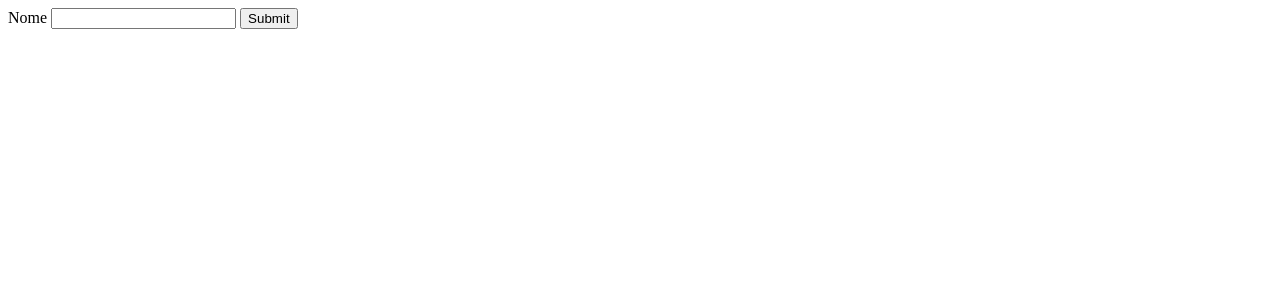
Repository: thiagodieb/curso-java-web
Page: http://localhost/Aula10/aluno/cadastro.jsp
These files come from the project's save history. The page is drawn as it stood at one moment and after the next save; the edit follows.
The browser window is 1280 px wide. The pictures show the whole page.
The page is served by Tomcat 9. Nobody is signed in. The application's start-up code is not run.

Above is the page before, as saved 2013-03-01 23:44:50.

After the next save:
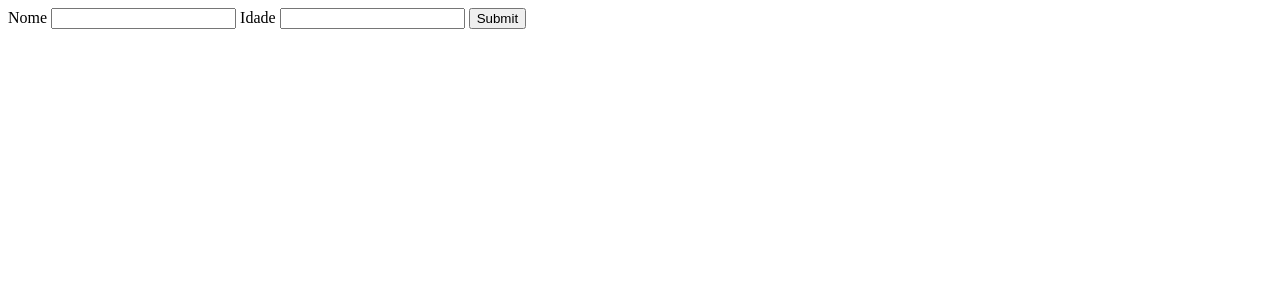
Saved 22 s later.
--- a/java/pbti/Aula10/WebContent/aluno/cadastro.jsp
+++ b/java/pbti/Aula10/WebContent/aluno/cadastro.jsp
@@ -7,9 +7,11 @@
 <title>Aluno - Cadastro</title>
 </head>
 <body>
-<form action="aluno/salvar">
+<form action="aluno/salvar" method="POST">
 	<label>Nome</label>
-	<input type="text">
+	<input type="text" name="nome">
+	<label>Idade</label>
+	<input type="text" name="idade">
 	<input type="submit">
 </form>
 
